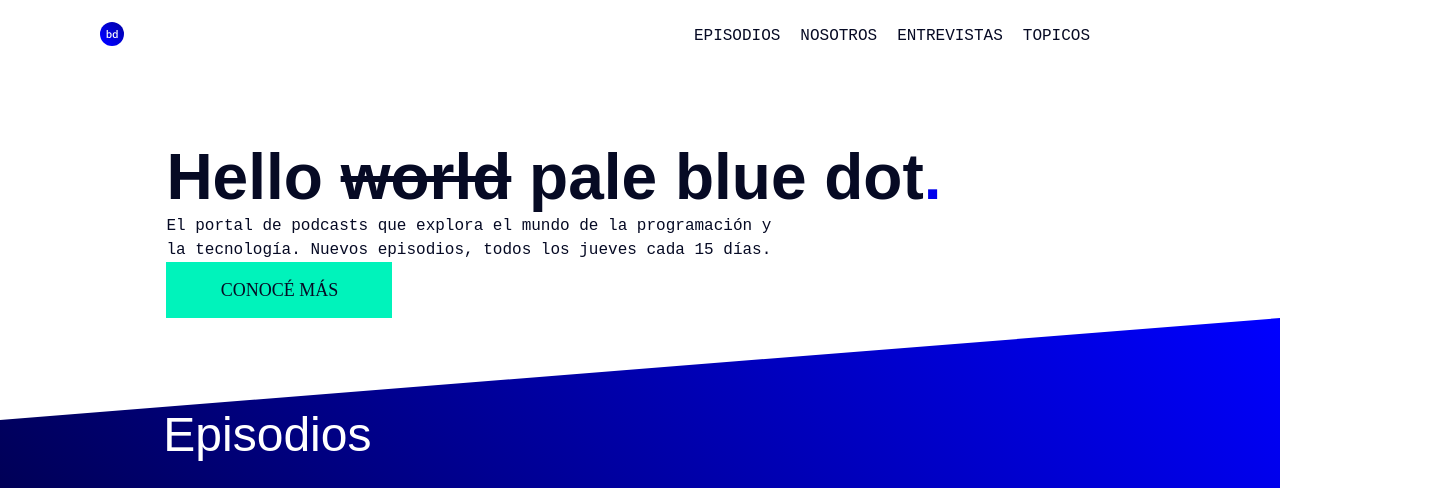
Repository: FedeGA93/podcast
Page: index.html
An editor plug-in stored every save of this project. The page is shown before and after the next save, followed by the edit.
The browser window is 1280 px wide. The page is 1440 px wide, so the pictures cover 1440 px, including what lies to the right of the window. The pictures show the part of the page from y = 0 to 488 px (the page is 3262 px tall before and 3284 px after).
Pictures or frames that could not be fetched are drawn as grey boxes. Some web fonts or font styles are not loaded; a fallback is used. Some web libraries are served in a nearby version.

Above is the page before, as saved 2019-11-26 20:34:07.

After the next save:
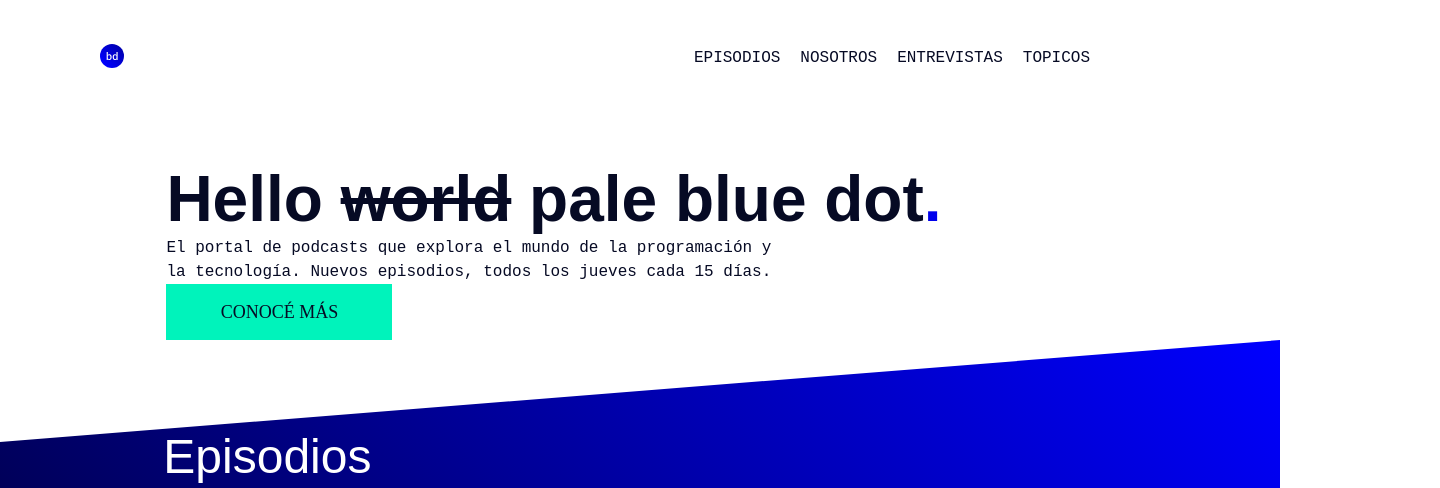
Saved 3 min 36 s later.
--- a/styles/styles.css
+++ b/styles/styles.css
@@ -9,6 +9,7 @@
   display: flex;
   flex-flow: row;
   justify-content: space-between;
+  margin-top:22px;
   padding: 22px 190px 0px 100px;
   position: static;
   top: 0;
